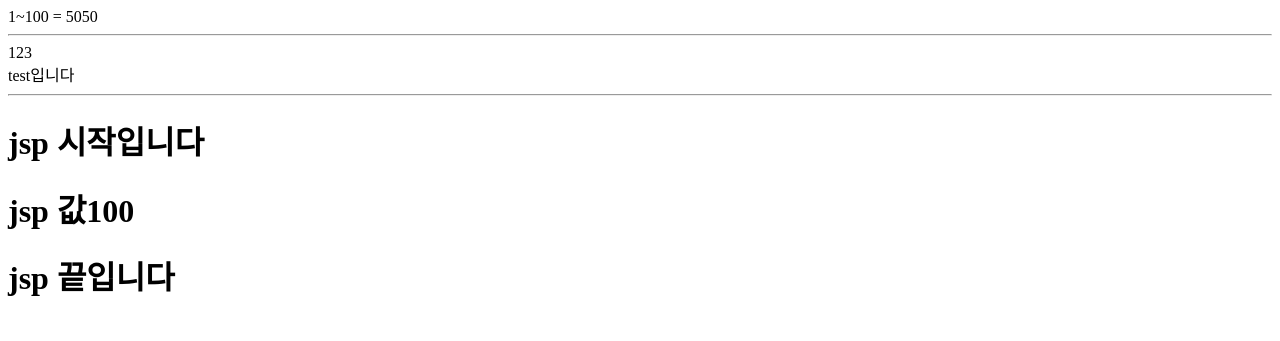
Repository: ryu1917/jsp
Page: http://localhost/jsp/test.jsp
The author's editor kept a copy of each file at every save. The page is drawn from the files as they stood at one save, then again after the next save.
The browser window is 1280 px wide. The pictures show the whole page.
The page is served by Tomcat 9.

Above is the page before, as saved 2021-04-20 10:20:49.

After the next save:
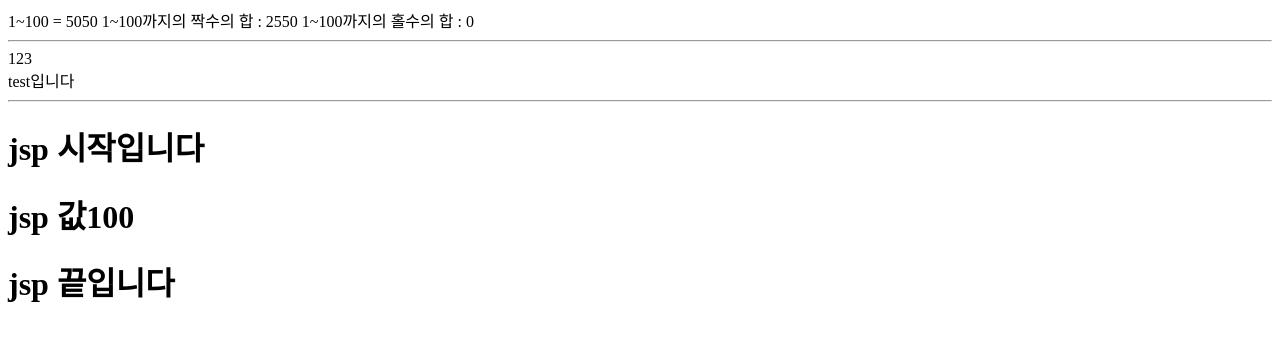
Saved 90 s later.
--- a/workspace/jsp/src/main/webapp/test.jsp
+++ b/workspace/jsp/src/main/webapp/test.jsp
@@ -13,6 +13,19 @@ for(int i=0;i<=100;i++){
 }%>
 <%="1~100 = "+sum %>
 
+<%int sum2=0;
+for(int i=0;i<=100;i++){
+	if(i%2==0){
+	sum2+=i;}
+}%>
+<%="1~100까지의 짝수의 합 : "+sum2 %>
+
+<%int sum3=0;
+for(int i=0;i<=100;i++){
+	if(i%2==1){
+	sum2+=i;}
+}%>
+<%="1~100까지의 홀수의 합 : "+sum3 %>
 
 <hr>
 <% int num2=123; %>
